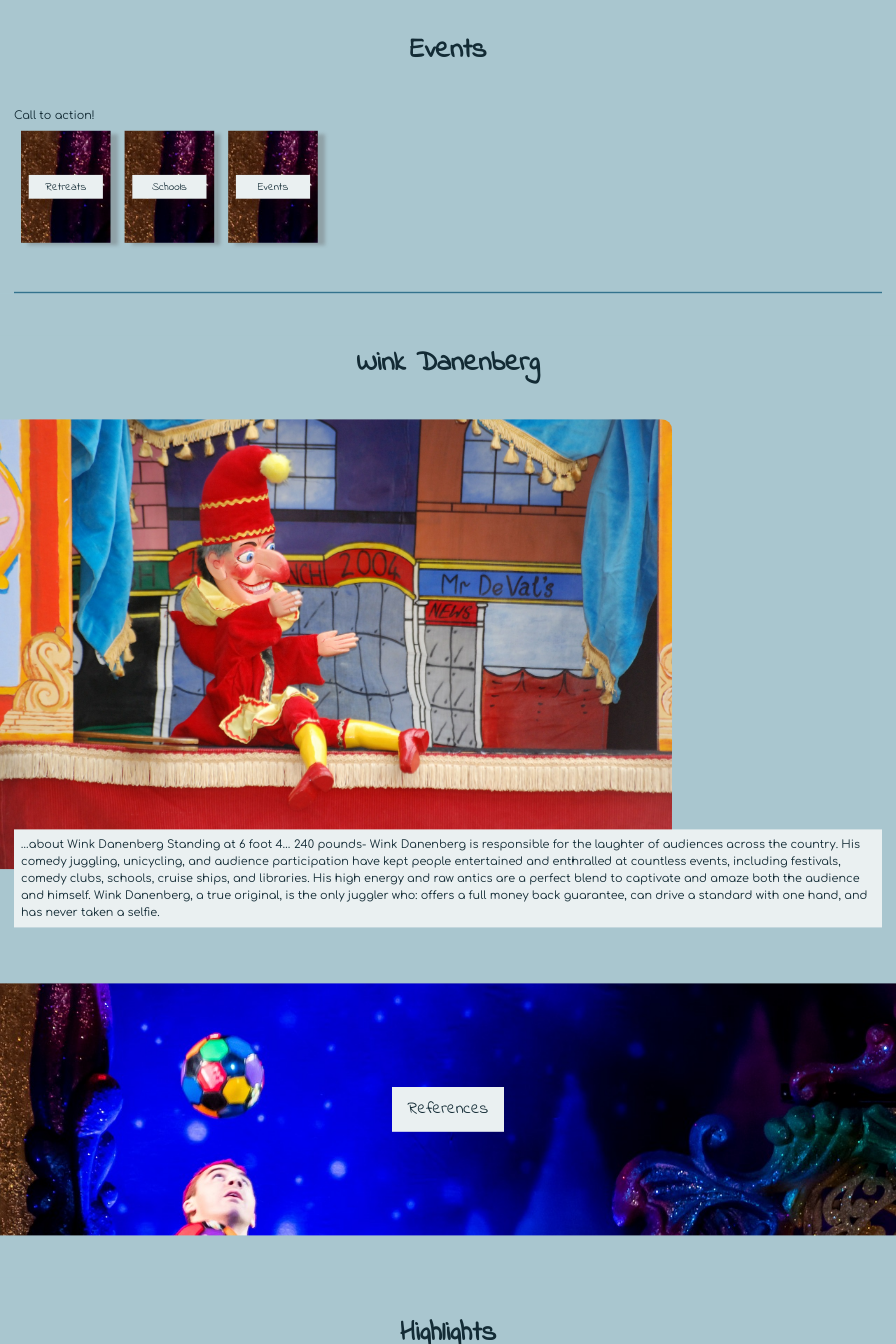
Repository: Sbethm/wink
Page: index.html
These files come from the project's save history. The page is drawn as it stood at one moment and after the next save; the edit follows.
The browser window is 1280 px wide. The pictures show the part of the page from y = 807 to 2727 px (the page is 5508 px tall before and 5540 px after), at 70% of full size.
The style sheet was rebuilt from its Sass, Less or Tailwind sources for each picture, by a compiler version that may differ from the author's.

Above is the page before, as saved 2021-08-31 13:01:50.

### index.html
<!DOCTYPE html>
<html lang="en">
<head>
    <meta charset="UTF-8">
    <meta http-equiv="X-UA-Compatible" content="IE=edge">
    <meta name="viewport" content="width=device-width, initial-scale=1.0">
    <link rel="preconnect" href="https://fonts.googleapis.com">
    <link rel="preconnect" href="https://fonts.gstatic.com" crossorigin>
    <link href="https://fonts.googleapis.com/css2?family=Acme&family=Comfortaa:wght@400;500;600;700&family=Indie+Flower&display=swap" rel="stylesheet">
    <!--
        font-family: 'Acme', sans-serif;
        font-family: 'Comfortaa', cursive;
        font-family: 'Indie Flower', cursive;
    -->

    <link rel="stylesheet" href="./CSS/main.css">
    <title>Document</title>
</head>
<body>
    <header id="headerBg">
        <h1 id="logo">Wink</h1>
        <div class="menu--btn">
            <ul class="menu">
                <li class="menu--item">Shows</li>
                <li class="menu--item">Wink</li>
                <li class="menu--item">Calender</li>
                <li class="menu--item">Contact</li>
            </ul>
        </div>
    </header>
    <main>
        <section class="main--slideshow">
            <!--images are set on automatic slide-->
                <img src="./img/img1.jpg" alt="" id="slide--img">
                <img src="./img/img2.jpg" alt="" id="slide--img">
                <img src="./img/img3.jpg" alt="" id="slide--img">
            <div class="slideshow--quote">Comedy for the Whole Family!</div>
        </section>
        <!--EVENTS-
            Description of Wink's shows. What does he do? Who are the shows geared towards? etc.-->
        <section class="event">
            <div class="container container--event">
                <h2 class="heading--center">Events</h2>
                <p>Call to action!</p>
                <div class="event--slideshow">
                    <!--each div is set on a swipe slide-->
                    <a href=""><div class="event--retreats event--slide">
                        <p class="event--type">Retreats</p>
                    </div></a>
                    <a href=""><div class="event--schools event--slide">
                        <p class="event--type">Schools</p>
                    </div></a>
                    <a href=""><div class="event--events event--slide">
                        <p class="event--type">Events</p>
                    </div></a>
                </div>
            </div>
        </section>
         <!--WINK-
            Who is Wink? A little about Wink and his past experience as a showman -->
        <section class="wink">
            <div class="container container--wink">
                <h2 class="heading--center">Wink Danenberg</h2>
                <div class="img--container">
                    <img src="./img/img2.jpg" alt="" class="img--set--left">
                </div>
                <p class="text--full--center">
                    …about Wink Danenberg
                    Standing at 6 foot 4… 240 pounds- Wink Danenberg is responsible for the laughter of audiences  across the country. His comedy juggling, unicycling, and audience participation have kept people  entertained and enthralled at countless events, including festivals, comedy clubs, schools, cruise
                    ships, and libraries. His high energy and raw antics are a perfect blend to captivate and amaze  both the audience and himself. Wink Danenberg, a true original, is the only juggler who: offers a  full money back guarantee, can drive a standard with one hand, and has never taken a selfie.
                </p>
            </div>
        </section>
         <!--REFERENCES-
            A section with a link to references for Wink's shows-->
        <section class="references cover">
            <button class="reference--btn">References</button>
        </section>
         <!--EXPERIENCE HIGHLIGHTS-
            A section that shows some of the highlights of his experience-->
        <section class="experience">
            <div class="container container--experience">
                <h2 class="heading--center">Highlights</h2>
                <div class="experience--block">
                    <div class="img--container">
                        <img src="./img/img2.jpg" alt="" class="img--set--right">
                    </div>
                    <p class="text--small--center">As Seen on Letter Man!</p>
                </div>
                <div class="experience--block">
                    <div class="img--container">
                        <img src="./img/img2.jpg" alt="" class="img--set--left">
                    </div>
                    <p class="text--small--center">As Seen on Letter Man!</p>
                </div>
                <div class="experience--block">
                    <div class="img--container">
                        <img src="./img/img2.jpg" alt="" class="img--set--right">
                    </div>
                    <p class="text--small--center">As Seen on Letter Man!</p>
                </div>
            </div>
        </section>
         <!--CONTACT-
            email and (maybe) phone information about how to contact Wink-->
        <section class="contact cover">
            <button class="contact--btn">Contact</button>
        </section>
    </main>
    <footer></footer>
    <script src="./JS/main.js"></script>
</body>
</html>

### JS/main.js
//
const slides = document.querySelectorAll('#slide--img');
const headerBg = document.getElementById('headerBg');
const logo = document.getElementById('logo');

//CHANGING HEADER ON SCROLL
window.onscroll = function() {
    if (window.scrollY > 130) {
        headerBg.style.background = 'none';
        headerBg.style.borderBottom = 'solid 1px aliceblue';
        logo.style.color = 'aliceblue';
    } else {
        headerBg.style.background = 'aliceblue';
        headerBg.style.borderBottom = 'solid 1px rgb(13, 81, 139)';
        logo.style.color = 'rgb(13, 81, 139)';
    }
  }

//INDEX MAIN SLIDESHOW
setInterval(nextImg, 4000);

let currentImg = 0;
slides[currentImg].style.opacity = 1;

function nextImg() {
    slides[currentImg].style.opacity = 0;
    currentImg = (currentImg + 1) % slides.length;
    slides[currentImg].style.opacity = 1;
}

### SCSS/main.scss
@import "./resets", "./variables";


//GENERAL STYLING
body{
    width: 100vw;
    background-color: $bgColor1;
    overflow-x: hidden;
}

section {
    width: 100vw;
    height: fit-content;
    background-color: $bgColor1;
    color: $accentColor1;
    font-family: $mainFont;
    font-size: 1rem;
}

.container {
    margin: 60px 20px;
    padding: 60px 0;
    width: calc(100vw - 40px);
    background-color: $bgColor1;
    border-bottom: solid 2px $accentColor2;
}

.heading--center {
    padding-bottom: 60px;
    width: 100%;
    font-family: $accentFont;
    font-size: 2.5rem;
    text-align: center;
}

a {
    text-decoration: none;
}

p {
    font-family: $mainFont;
    font-size: 1rem;
    line-height: 1.5rem;
}

.img--set--left {
    width: 75vw;
    position: relative;
    left: -20px;
    z-index: 1;
    border-radius: 0 15px 15px 0;
}

.img--set--right {
    width: 75vw;
    position: relative;
    right: -60px;
    z-index: 1;
    border-radius: 15px 0 0 15px;
}

//HEADER AND MAIN SLIDESHOW
header {
    position: fixed;
    top: 0;
    height: 4rem;
    width: 100vw;
    padding: 1rem;
    z-index: 9;
    overflow: hidden;
    background: aliceblue;
    border-bottom: solid 1px rgb(13, 81, 139);
    transition: all 0.50s ease-in;
    box-sizing: border-box;

    & h1 {
        font-family: $accentFont;
        font-size: 2rem;
        color: rgb(13, 81, 139);
        transition: all 0.50s ease-in;
    }
}

.menu--item{
    display: none;
}

.main--slideshow {
    height: 100vh;
    width: 100vw;
    background-color: #000;
}

#slide--img {
    position: absolute;
    top: 0;
    left: 0;
    width: 100%;
    height: 100%;
    object-fit: cover;
    overflow: hidden;
    opacity: 0;
    transition: all 0.75s ease-in;
    z-index: 0;
}

.slideshow--quote {
    position: absolute;
    top: calc(100vh - 75vh);
    width: 100vw;
    font-size: 5rem;
    font-family: $headerFont;
    font-weight: 800;
    color: aliceblue;
    text-align: center;
}

//EVENTS
.event{
    padding-top: 20px;
}

.event--slideshow {
    display: flex;
    flex-direction: row;
    overflow: scroll;

    & .event--slide {
        margin: 10px;
        width: 8rem;
        height: 10rem;
        display: grid;
        background-image: url(../img/img1.jpg);
        box-shadow: 10px 5px 5px rgba(100, 100, 100, 0.377);
        grid-template-columns: 100%;
        justify-items: center;
        align-items: center;

        & .event--type {
            padding: 5px;
            width: 75%;
            background-color: $bgColor2;
            font-family: $accentFont;
            color: $accentColor1;
            text-align: center;
        }
    }
}

//ABOUT WINK
.container--wink {
    margin: 0 20px;
    padding: 20px 0;
    border: hidden;
}

.text--full--center {
    position: relative;
    padding: 10px;
    top: -60px;
    z-index: 2;
    background-color: $bgColor2;
}

//REFERENCES and CONTACT
.cover {
    width: 100vw;
    height: 50vh;
    display: flex;
    justify-content: center;
    align-items: center;
    background-image: url(../img/img1.jpg);

    & button {
        width: 10rem;
        height: 4rem;
        font-family: $accentFont;
        font-size: 1.5rem;
        color: $accentColor1;
        background-color: $bgColor2;
        border: hidden;
    }
}

//EXPERIENCE HIGHLIGHTS
.container--experience{
    border-bottom: hidden;
}

.text--small--center{
    width: 75%;
    height: 5rem;
    margin: 0 10%;
    padding: 10px;
    position: relative;
    top: -60px;
    z-index: 2;
    background-color: $bgColor2;
    text-align: center;
    line-height: 5rem;
}

//CONTACT *see references

### SCSS/_variables.scss
//FONTS
$headerFont: 'Acme', sans-serif;
$accentFont: 'Indie Flower', cursive;
$mainFont: 'Comfortaa', cursive;

//COLORS
// $bgColor1: rgb(207, 184, 169);
// $bgColor2: rgb(241, 237, 234);
// $accentColor1: rgb(53, 33, 19);
// $accentColor2: rgb(83, 50, 27);
$bgColor1: rgb(169, 198, 207);
$bgColor2: rgb(234, 240, 241);
$accentColor1: rgb(19, 43, 53);
$accentColor2: rgb(51, 114, 141);

Loaded but not shown: SCSS/_resets.scss (common file)

After the next save:
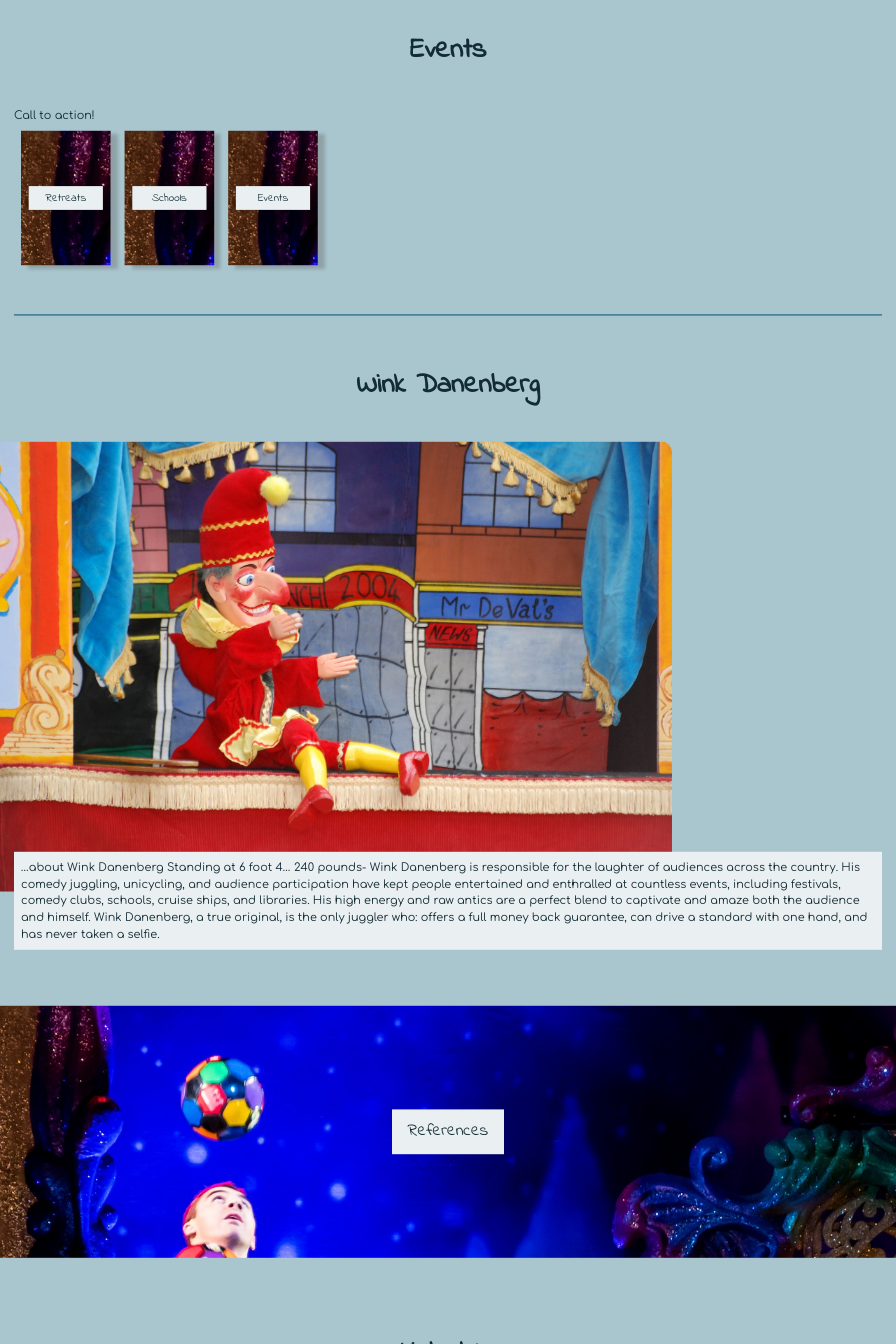
Saved 61 s later.
--- a/SCSS/main.scss
+++ b/SCSS/main.scss
@@ -128,7 +128,7 @@ header {
     & .event--slide {
         margin: 10px;
         width: 8rem;
-        height: 10rem;
+        height: 12rem;
         display: grid;
         background-image: url(../img/img1.jpg);
         box-shadow: 10px 5px 5px rgba(100, 100, 100, 0.377);
